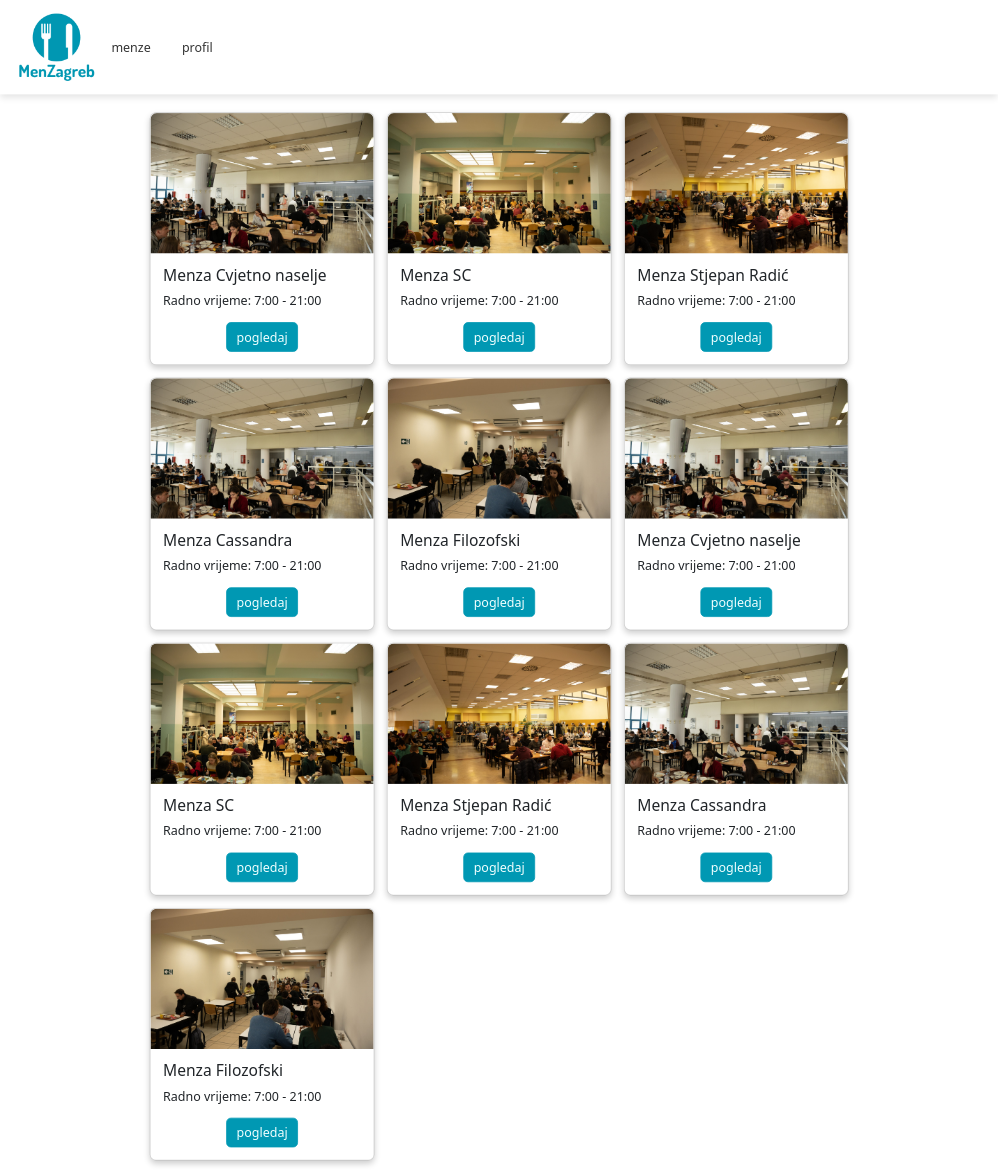
Repository: MENZG/menZg
Page: /menze (app in IzvorniKod/)
The author's editor kept a copy of each file at every save. The page is drawn from the files as they stood at one save, then again after the next save.
The browser window is 1280 px wide. The pictures show the whole page, at 78% of full size.
The project was rebuilt for these pictures with package versions that can differ from the ones it lists, and the page was loaded fresh each time. Also part of the build but not shown: IzvorniKod/vite.config.ts, IzvorniKod/src/Components/LoginForm.tsx, IzvorniKod/src/Components/AdminLogin.tsx, IzvorniKod/src/Components/EmployeeLogin.tsx, IzvorniKod/src/Components/Profil.tsx, IzvorniKod/src/Components/NavBarAdmin.tsx, IzvorniKod/src/Components/AddMenza.tsx, IzvorniKod/src/Components/AddEmployee.tsx and 5 more.

Above is the page before, as saved 2024-11-07 13:43:03.

After the next save:
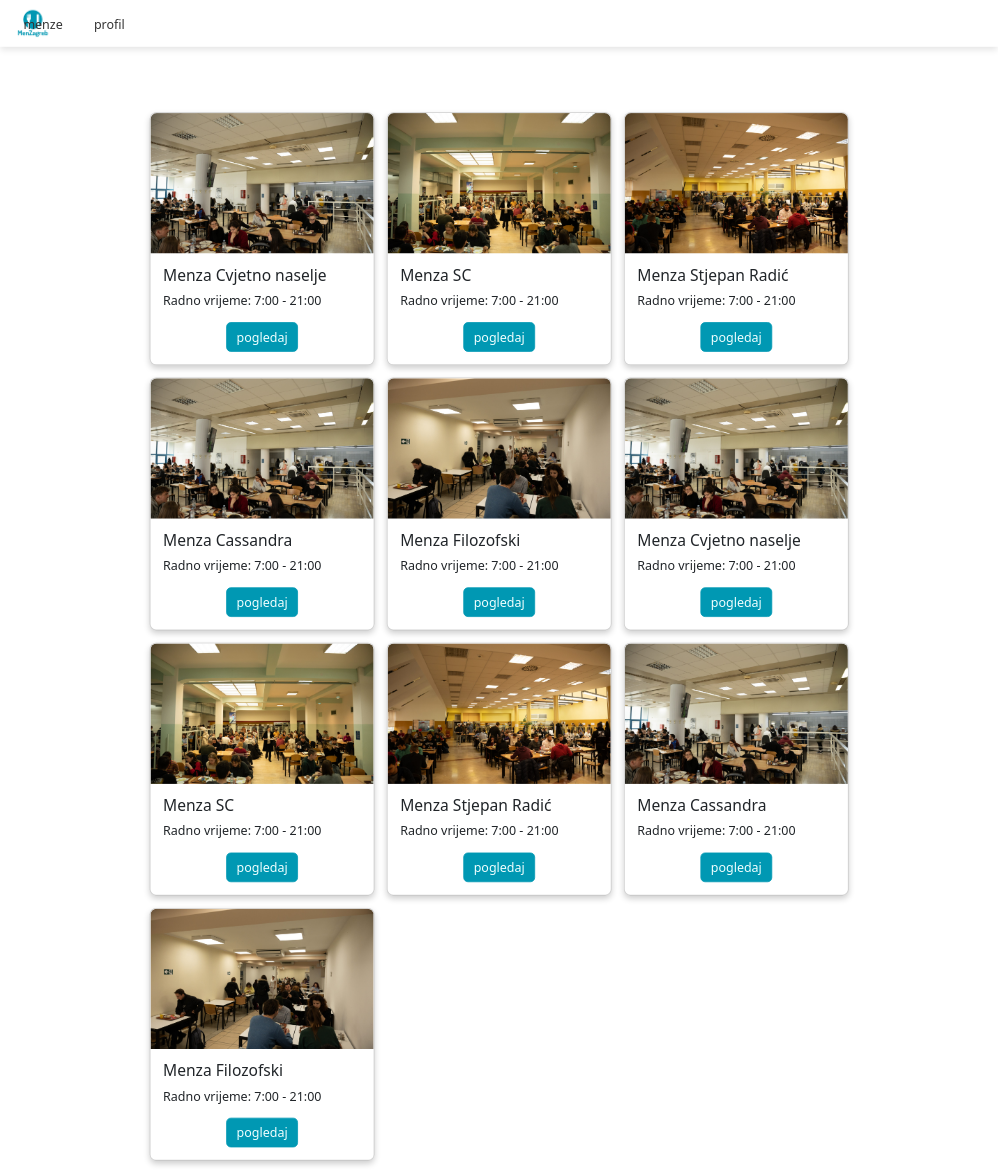
Saved 2 min 20 s later.
--- a/IzvorniKod/src/styles/NavBar.css
+++ b/IzvorniKod/src/styles/NavBar.css
@@ -43,3 +43,29 @@
 .container-fluid{
     margin: 0;
 }
+
+.navbar .container-fluid {
+    display: flex;
+    align-items: center;
+    justify-content: space-between; /* Logo lijevo, ostatak desno */
+    position: relative; /* Potrebno za apsolutno centriranje */
+  }
+
+  .logo-img {
+    height: 40px; /* Prilagodi visinu po želji */
+    margin-right: auto; /* Osigurava da logo ostane skroz lijevo */
+  }
+
+  .nav-btn-container {
+    position: absolute;
+    left: 50%;
+    transform: translateX(-50%); /* Centriraj po X osi */
+    display: flex;
+    gap: 15px; /* Razmak između botuna */
+  }
+
+  .nav-btn {
+    /* Stilizacija botuna */
+    padding: 10px 15px;
+    font-size: 16px;
+  }
